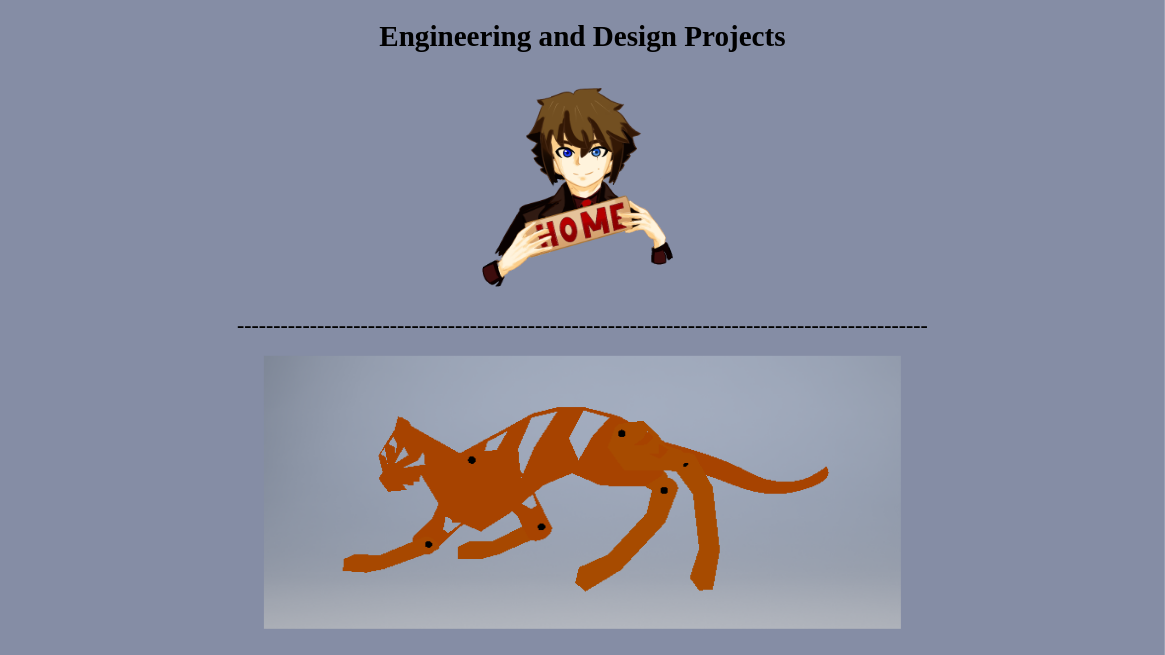
Repository: MaiJun21/MaiJun21.github.io
Page: engineering.html
The author's editor kept a record of every edit. The page is drawn from the files as they stood at one moment, then again after the next edit.
The browser window is 1280 px wide. The pictures show the whole page, at 91% of full size.

Above is the page before.

### engineering.html
<!DOCTYPE html>
<html>
     <style>
    body{
        background-image: url('images/bg.png');
    }
    </style>
<head>
<title>Page Title</title>
</head>
<center>
<body>


<h1 style="text-align:center;">Engineering and Design Projects</h1>
<a href="index.html"> <img src="icons/ladon_home.png" width="260" height="240" alt="Home Page"></a>
<h2>-----------------------------------------------------------------------------------------------</h2>

<img src="engineering/autamata.PNG" alt="Autamata Project" width="700" height="300">


</body>
</center>
</html>

After the next edit:
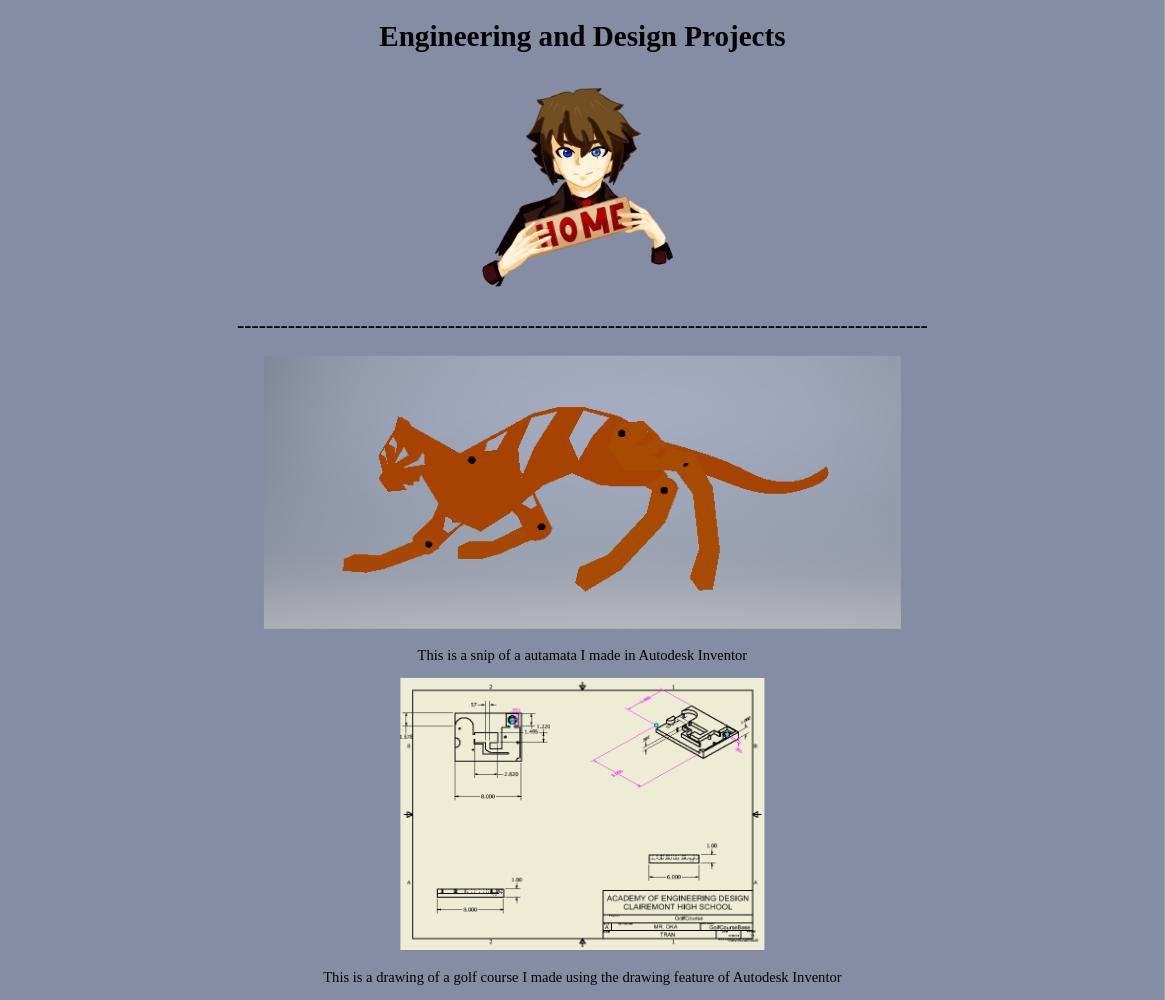
The edit:
--- a/engineering.html
+++ b/engineering.html
@@ -17,8 +17,9 @@
 <h2>-----------------------------------------------------------------------------------------------</h2>
 
 <img src="engineering/autamata.PNG" alt="Autamata Project" width="700" height="300">
-
-
+<p>This is a snip of a autamata I made in Autodesk Inventor</p>
+<img src="engineering/golfcourse.PNG" alt="Golf Course Drawing" width="400" height="300">
+<p>This is a drawing of a golf course I made using the drawing feature of Autodesk Inventor</p>
 </body>
 </center>
 </html>
